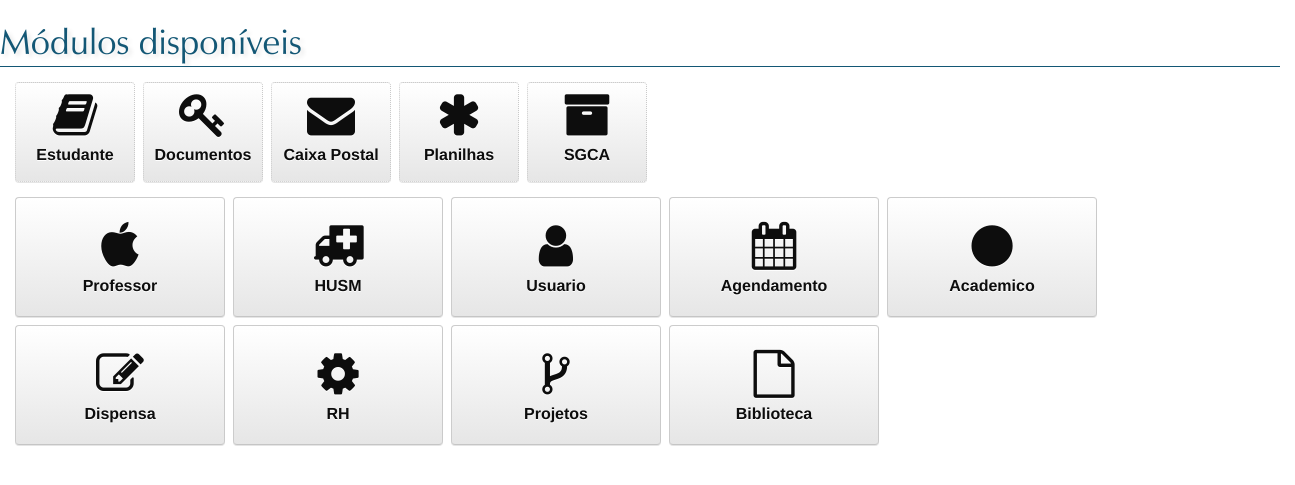
Repository: evertonagilar/study
Page: css/css-notificacao-dialog/index.html
An editor plug-in stored every save of this project. The page is shown before and after the next save, followed by the edit.
The browser window is 1280 px wide. The page is 1295 px wide, so the pictures cover 1295 px, including what lies to the right of the window. The pictures show the whole page.

Above is the page before, as saved 2023-09-11 20:19:28.

After the next save:
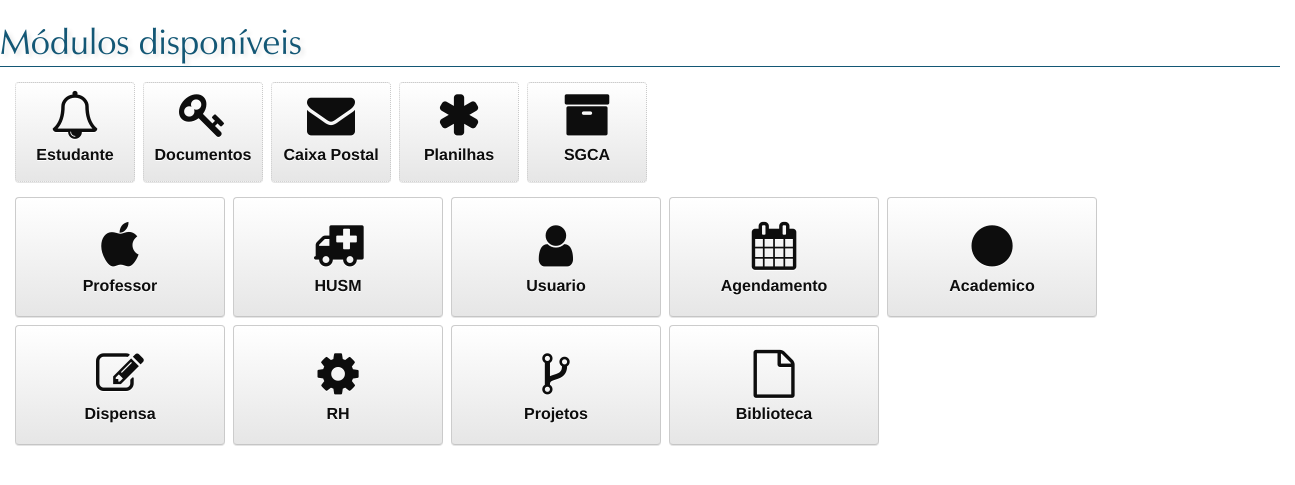
Saved 34 s later.
--- a/css/css-notificacao-dialog/index.html
+++ b/css/css-notificacao-dialog/index.html
@@ -21,7 +21,7 @@
 
     <div class="dashboard-container-favorito">
         <div class="portal">
-            <span class="portal-icon icon-book"></span>
+            <span class="portal-icon icon-bell"></span>
             <h3 class="portal-label">Estudante</h3>
         </div>
         <div class="portal">
